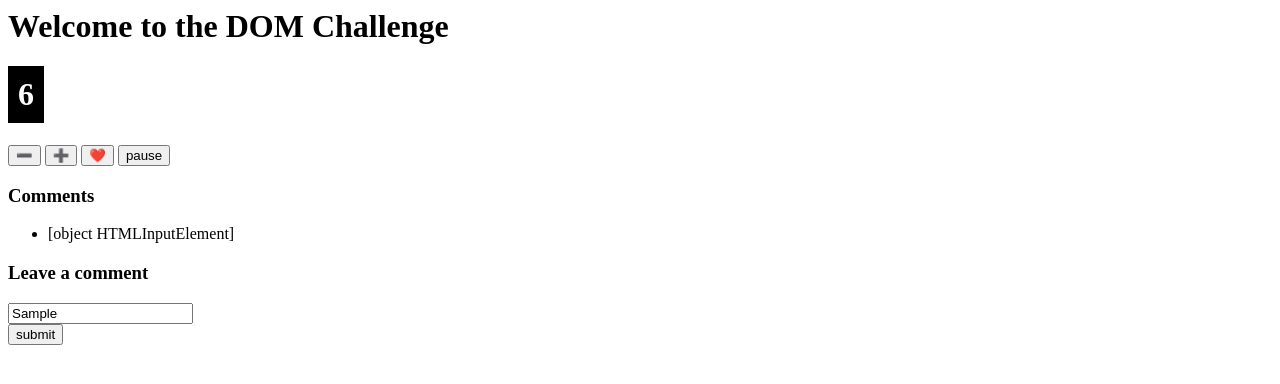
Repository: learn-co-students/jsdom-dom-challenge-austin-web-030920
Page: index.html
These files come from the project's save history. The page is drawn as it stood at one moment and after the next save; the edit follows.
The browser window is 1280 px wide. The pictures show the whole page.
Empty fields were first filled with sample values (such as "Sample", 5 or name@example.com).
After loading, the first visible `#submit` was clicked once.

Above is the page before, as saved 2020-04-22 17:21:21.

After the next save:
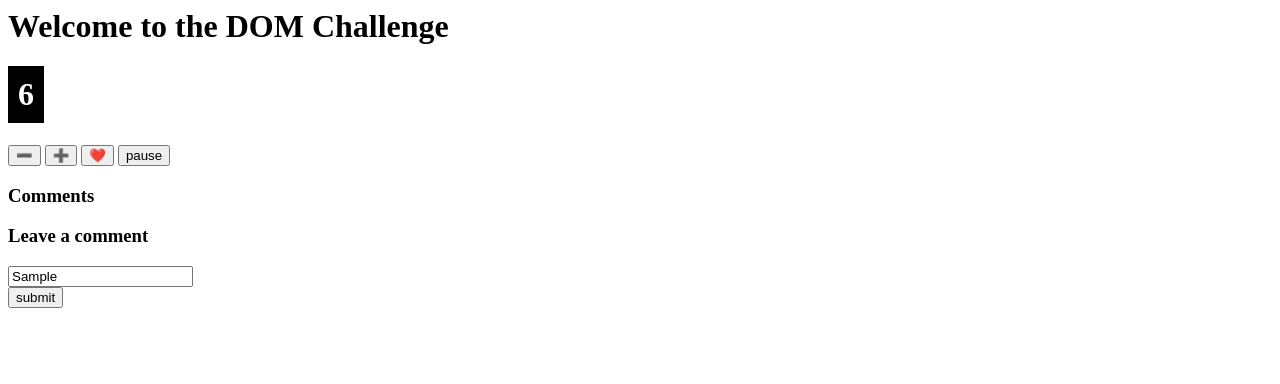
Console error: TypeError: Failed to execute 'appendChild' on 'Node': parameter 1 is not of type 'Node'.
Saved 16 s later.
--- a/js/challenge.js
+++ b/js/challenge.js
@@ -72,5 +72,5 @@
     let commentText = document.getElementById('comment-input');
     let comment = document.createElement('li');
     comment.innerText = commentText
-    comments.appendChild(comment)
+    comments.appendChild(comment.innerText)
 }

After the save that followed:
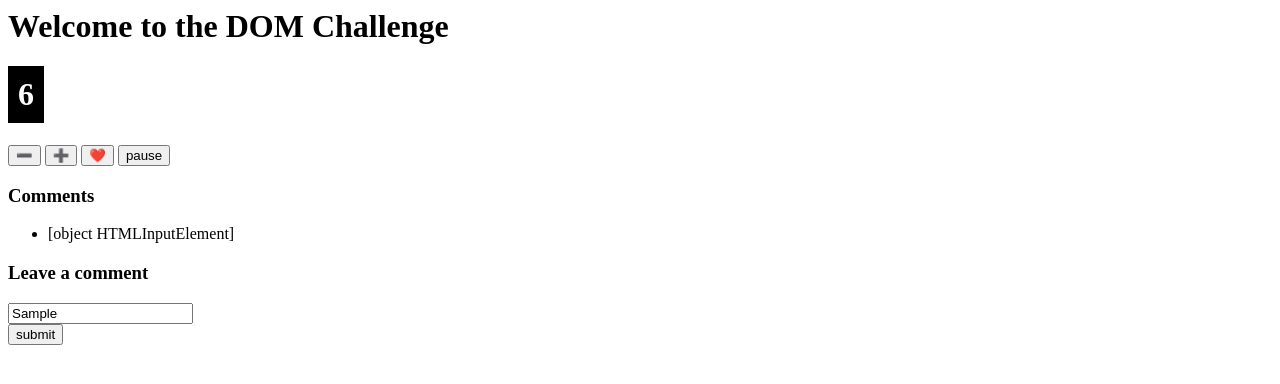
The error is gone.
Saved 39 s later.
--- a/js/challenge.js
+++ b/js/challenge.js
@@ -72,5 +72,5 @@
     let commentText = document.getElementById('comment-input');
     let comment = document.createElement('li');
     comment.innerText = commentText
-    comments.appendChild(comment.innerText)
+    comments.appendChild(comment)
 }
